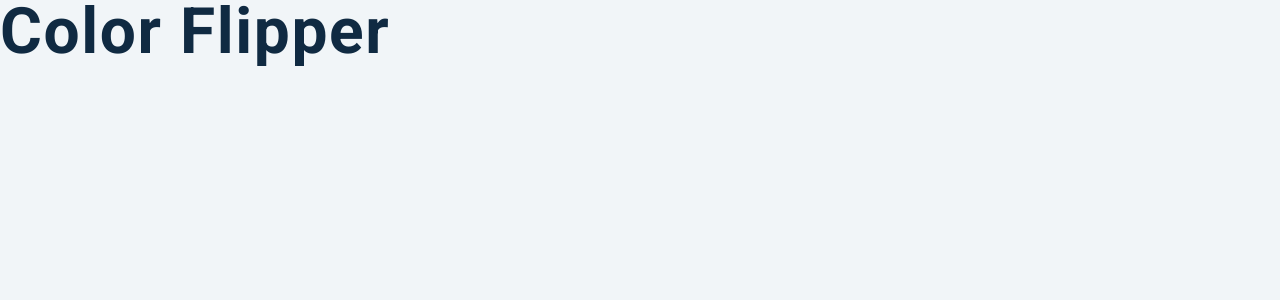
Repository: mosesvk/javascript-basic-projects
Page: 01-color-flipper/setup/index.html
These files come from the project's save history. The page is drawn as it stood at one moment and after the next save; the edit follows.
The browser window is 1280 px wide. The pictures show the whole page.

Above is the page before, as saved 2023-08-24 16:49:43.

### 01-color-flipper/setup/index.html
<!DOCTYPE html>
<html lang="en">
  <head>
    <meta charset="UTF-8" />
    <meta name="viewport" content="width=device-width, initial-scale=1.0" />
    <title>Color Flipper || Simple</title>

    <!-- styles -->
    <link rel="stylesheet" href="styles.css" />
  </head>
  <body>
    <nav>
      <div class="nav-center">

      </div>
    </nav>
    <h1>color flipper</h1>
    <!-- javascript -->
    <script src="app.js"></script>
  </body>
</html>

### 02-counter/setup/styles.css
/*
===============
Fonts
===============
*/
@import url("https://fonts.googleapis.com/css?family=Open+Sans|Roboto:400,700&display=swap");

/*
===============
Variables
===============
*/

:root {
  /* dark shades of primary color*/
  --clr-primary-1: hsl(205, 86%, 17%);
  --clr-primary-2: hsl(205, 77%, 27%);
  --clr-primary-3: hsl(205, 72%, 37%);
  --clr-primary-4: hsl(205, 63%, 48%);
  /* primary/main color */
  --clr-primary-5: hsl(205, 78%, 60%);
  /* lighter shades of primary color */
  --clr-primary-6: hsl(205, 89%, 70%);
  --clr-primary-7: hsl(205, 90%, 76%);
  --clr-primary-8: hsl(205, 86%, 81%);
  --clr-primary-9: hsl(205, 90%, 88%);
  --clr-primary-10: hsl(205, 100%, 96%);
  /* darkest grey - used for headings */
  --clr-grey-1: hsl(209, 61%, 16%);
  --clr-grey-2: hsl(211, 39%, 23%);
  --clr-grey-3: hsl(209, 34%, 30%);
  --clr-grey-4: hsl(209, 28%, 39%);
  /* grey used for paragraphs */
  --clr-grey-5: hsl(210, 22%, 49%);
  --clr-grey-6: hsl(209, 23%, 60%);
  --clr-grey-7: hsl(211, 27%, 70%);
  --clr-grey-8: hsl(210, 31%, 80%);
  --clr-grey-9: hsl(212, 33%, 89%);
  --clr-grey-10: hsl(210, 36%, 96%);
  --clr-white: #fff;
  --clr-red-dark: hsl(360, 67%, 44%);
  --clr-red-light: hsl(360, 71%, 66%);
  --clr-green-dark: hsl(125, 67%, 44%);
  --clr-green-light: hsl(125, 71%, 66%);
  --clr-black: #222;
  --ff-primary: "Roboto", sans-serif;
  --ff-secondary: "Open Sans", sans-serif;
  --transition: all 0.3s linear;
  --spacing: 0.1rem;
  --radius: 0.25rem;
  --light-shadow: 0 5px 15px rgba(0, 0, 0, 0.1);
  --dark-shadow: 0 5px 15px rgba(0, 0, 0, 0.2);
  --max-width: 1170px;
  --fixed-width: 620px;
}
/*
===============
Global Styles
===============
*/

*,
::after,
::before {
  margin: 0;
  padding: 0;
  box-sizing: border-box;
}
body {
  font-family: var(--ff-secondary);
  background: var(--clr-grey-10);
  color: var(--clr-grey-1);
  line-height: 1.5;
  font-size: 0.875rem;
}
ul {
  list-style-type: none;
}
a {
  text-decoration: none;
}
h1,
h2,
h3,
h4 {
  letter-spacing: var(--spacing);
  text-transform: capitalize;
  line-height: 1.25;
  margin-bottom: 0.75rem;
  font-family: var(--ff-primary);
}
h1 {
  font-size: 3rem;
}
h2 {
  font-size: 2rem;
}
h3 {
  font-size: 1.25rem;
}
h4 {
  font-size: 0.875rem;
}
p {
  margin-bottom: 1.25rem;
  color: var(--clr-grey-5);
}
@media screen and (min-width: 800px) {
  h1 {
    font-size: 4rem;
  }
  h2 {
    font-size: 2.5rem;
  }
  h3 {
    font-size: 1.75rem;
  }
  h4 {
    font-size: 1rem;
  }
  body {
    font-size: 1rem;
  }
  h1,
  h2,
  h3,
  h4 {
    line-height: 1;
  }
}
/*  global classes */

/* section */
.section {
  padding: 5rem 0;
}

.section-center {
  width: 90vw;
  margin: 0 auto;
  max-width: 1170px;
}
@media screen and (min-width: 992px) {
  .section-center {
    width: 95vw;
  }
}
main {
  min-height: 100vh;
  display: grid;
  place-items: center;
}

/*
===============
Counter
===============
*/

main {
  min-height: 100vh;
  display: grid;
  place-items: center;
}
.container {
  text-align: center;
}
#value {
  font-size: 6rem;
  font-weight: bold;
}
.btn {
  text-transform: uppercase;
  background: transparent;
  color: var(--clr-black);
  padding: 0.375rem 0.75rem;
  letter-spacing: var(--spacing);
  display: inline-block;
  transition: var(--transition);
  font-size: 0.875rem;
  border: 2px solid var(--clr-black);
  cursor: pointer;
  box-shadow: 0 1px 3px rgba(0, 0, 0, 0.2);
  border-radius: var(--radius);
  margin: 0.5rem;
}
.btn:hover {
  color: var(--clr-white);
  background: var(--clr-black);
}

Loaded but not shown: 01-color-flipper/setup/app.js (common file)

After the next save:
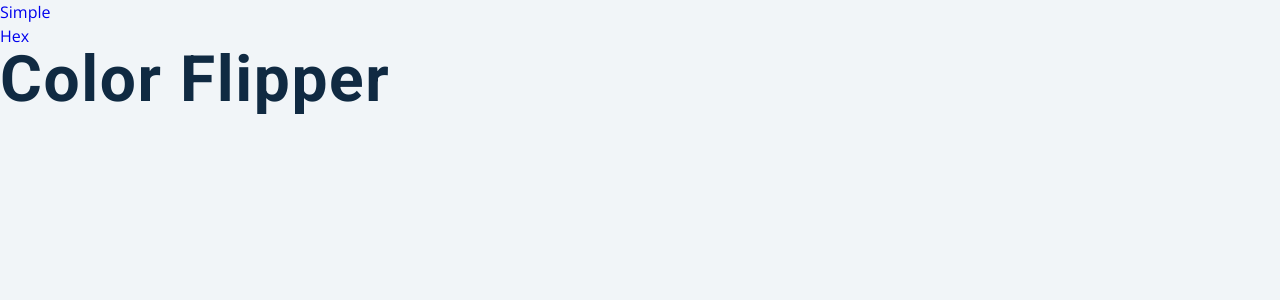
Saved 108 s later.
--- a/01-color-flipper/setup/index.html
+++ b/01-color-flipper/setup/index.html
@@ -11,7 +11,14 @@
   <body>
     <nav>
       <div class="nav-center">
-
+        <ul class="nav-links">
+          <li>
+            <a href="index.html">Simple</a>
+          </li>
+          <li>
+            <a href="hex.html">Hex</a>
+          </li>
+        </ul>
       </div>
     </nav>
     <h1>color flipper</h1>
